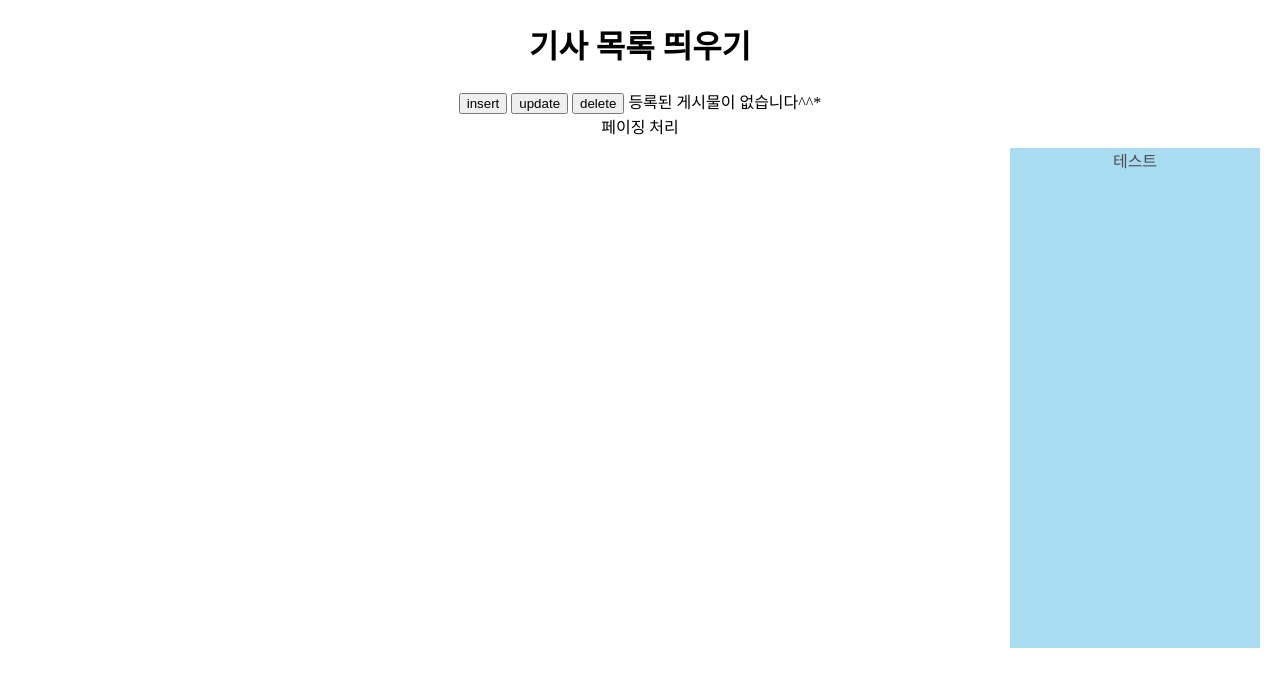
Repository: Jadeyj-713/miniproject2
Page: http://localhost/yeogi/pList.do
An editor plug-in stored every save of this project. The page is shown before and after the next save, followed by the edit.
The browser window is 1280 px wide. The pictures show the whole page.
The page is served by Tomcat 9. Other server files are loaded and not shown. Queries for data that is not in the repository find no rows.

Above is the page before, as saved 2025-04-02 00:52:29.

### yeogi/src/main/webapp/mini2/pList.jsp
<%@ page language="java" contentType="text/html; charset=UTF-8"
    pageEncoding="UTF-8"%>
    <%@ taglib prefix="c" uri="http://java.sun.com/jsp/jstl/core" %>
<!DOCTYPE html>
<html>
<head>
<meta charset="UTF-8">
<title>test</title>
<style>
	body{margin:0; padding:0; text-align:center;}
    .bordertest{
        border: 1px solid darkblue;
        clear: both;
        margin-left: 20vh;
        margin-right: 20vh;
        max-width: 800px;
    }
    img{
    	float: left;
    	width: 150px;
        height: 150px;
        line-height: 150px;
        border: 1px solid black;
    }
		#absolutePanel{
			position: fixed;
			right: 20px;
			bottom: 10vh;
			width: 250px;
			height: 500px;
			background-color: skyblue;
			opacity: 70%;
		}

    /* 스마트폰 모드 (최대 너비 576px) */
    @media (max-width: 576px) {
    /* 스마트폰 모드에 적용할 CSS 스타일 */
        .bordertest{margin: 0;}
        img{border-color: yellow;}
    }

    /* 태블릿 및 스마트폰 모드 (최대 너비 768px) */
    @media (max-width: 768px) {
    /* 태블릿 및 스마트폰 모드에 적용할 CSS 스타일 */
        .bordertest{margin: 0;}
        img{border-color: red;}
    }

</style>
</head>
<body>
 <h1>기사 목록 띄우기</h1>
 <button type="button" id="plusButton">insert</button>
 <button type="button" id="updateButton">update</button>
 <button type="button" id="delButton">delete</button>
 <c:choose>
 <c:when test="${ empty boardLists }">
 	등록된 게시물이 없습니다^^*
 </c:when>

 <c:otherwise>
	 <c:forEach items="${boardLists }" var="post">
	    <div class="bordertest">
	        <img src="../mini2/imgs/default.png" alt="로드실패">
	        <div>
	            <h2>${post.title}</h2>
	            <p>${post.country}</p>
	            <p>${post.tag}</p>
	            <p>기사내용 : ${post.content}<br>
	            	글 번호 : ${post.idx }</p>
	        </div>
	    </div>
	 </c:forEach>
 </c:otherwise>

 </c:choose>
	<div>
		<%-- ${ map.pagingImg } --%>
		페이징 처리<br>
		${ map.pagingImg }
	</div>

	<div id="absolutePanel">
<%-- 	<c:forEach items="${ }" var="best">
		<div class="aP">
			<img src="" alt="사진">
			${best.title}
		</div>
	</c:forEach> --%>
		테스트
	</div>


</body>
</html>

### yeogi/src/main/java/com/yeogi/controller/pListController.java
package com.yeogi.controller;

import java.io.IOException;
import java.util.HashMap;
import java.util.List;
import java.util.Map;

import javax.servlet.ServletException;
import javax.servlet.annotation.WebServlet;
import javax.servlet.http.HttpServlet;
import javax.servlet.http.HttpServletRequest;
import javax.servlet.http.HttpServletResponse;

import com.yeogi.dao.PostDAO;
import com.yeogi.dto.PostDTO;

import util.Pageing;

/**
 * Servlet implementation class pListController
 */
@WebServlet("/pList.do")
public class pListController extends HttpServlet {
	private static final long serialVersionUID = 1L;

    /**
     * @see HttpServlet#HttpServlet()
     */
    public pListController() {
        super();
        // TODO Auto-generated constructor stub
    }

	/**
	 * @see HttpServlet#doGet(HttpServletRequest request, HttpServletResponse response)
	 */
	@Override
	protected void doGet(HttpServletRequest req, HttpServletResponse resp) throws ServletException, IOException {
		 // DAO 생성
	       PostDAO dao = new PostDAO();

	        // 뷰에 전달할 매개변수 저장용 맵 생성
	        Map<String, Object> map = new HashMap<>();

	        //검색
//	        String searchField = req.getParameter("searchField");
//	        String searchWord = req.getParameter("searchWord");
//	        if (searchWord != null) {
//	            // 쿼리스트링으로 전달받은 매개변수 중 검색어가 있다면 map에 저장
//	            map.put("searchField", searchField);
//	            map.put("searchWord", searchWord);
//	        }

	        int totalCount = dao.selectCount(map);  // 게시물 개수

	        /* 페이지 처리 start */
//	        ServletContext application = getServletContext();
//	        int pageSize = Integer.parseInt(application.getInitParameter("POSTS_PER_PAGE"));
//	        int blockPage = Integer.parseInt(application.getInitParameter("PAGES_PER_BLOCK"));

	        int pageSize = 10; //한 페이지에 출력할 글의 갯수
	        int blockPage = 5; //페이지 번호의 갯수 1,2,3,4,5

	        // 현재 페이지 확인
	        int pageNum = 1;  // 기본값
	        String pageTemp = req.getParameter("pageNum");
	        if (pageTemp != null && !pageTemp.equals(""))
	            pageNum = Integer.parseInt(pageTemp); // 요청받은 페이지로 수정

	        // 목록에 출력할 게시물 범위 계산
	        int start = (pageNum - 1) * pageSize + 1;  // 첫 게시물 번호
	        int end = pageNum * pageSize; // 마지막 게시물 번호
	        map.put("start", start);
	        map.put("end", end);
	        /* 페이지 처리 end */

	        List<PostDTO> boardLists = dao.selectListPage(map);  // 게시물 목록 받기
	        dao.close(); // DB 연결 닫기

	        // 뷰에 전달할 매개변수 추가
	        String pagingImg = Pageing.pagingStr(totalCount, pageSize,
	                blockPage, pageNum, "../pList.do");  // 바로가기 영역 HTML 문자열
	        System.out.println(pagingImg);
	        map.put("pagingImg", pagingImg);
	        map.put("totalCount", totalCount);
	        map.put("pageSize", pageSize);
	        map.put("pageNum", pageNum);

	        // 전달할 데이터를 request 영역에 저장 후 List.jsp로 포워드
	        req.setAttribute("boardLists", boardLists);
	        req.setAttribute("map", map);
	        req.getRequestDispatcher("/mini2/pList.jsp").forward(req, resp);
	}

	/**
	 * @see HttpServlet#doPost(HttpServletRequest request, HttpServletResponse response)
	 */
	@Override
	protected void doPost(HttpServletRequest request, HttpServletResponse response) throws ServletException, IOException {
		// TODO Auto-generated method stub
		doGet(request, response);
	}

}

### yeogi/src/main/java/conn/DBConnPool.java
package conn;

import java.sql.Connection;
import java.sql.PreparedStatement;
import java.sql.ResultSet;
import java.sql.Statement;

import javax.naming.Context;
import javax.naming.InitialContext;
import javax.sql.DataSource;

public class DBConnPool {
	public Connection con;
	public Statement stmt;
	public PreparedStatement psmt;
	public ResultSet rs;

	public DBConnPool() {
		try {
			Context initCtx = new InitialContext();
			Context ctx = (Context)initCtx.lookup("java:comp/env");
			DataSource source = (DataSource)ctx.lookup("jdbc/myoracle");
			// 커넥션 풀을 통해 연결 얻기.
			con = source.getConnection();

			System.out.println("DB 커넥션 풀 연결 성공");
		}catch (Exception e) {
			System.out.println("DB 커넥션 풀 연결 실패");
			e.printStackTrace();
		}
	}//생성자 끝
	// 연결 해제(자원 반납)
		public void close() {
			try {
				if (rs != null) rs.close();
				if (stmt != null) stmt.close();
				if (psmt != null) psmt.close();
				if (con != null) con.close();  // 자동으로 커넥션 풀로 반납됨

				System.out.println("DB 커넥션 풀 자원 반납");
			}
			catch (Exception e) {
				e.printStackTrace();
			}
		}

}

### yeogi/src/main/java/com/yeogi/dao/PostDAO.java
package com.yeogi.dao;

import java.io.Console;
import java.util.ArrayList;
import java.util.List;
import java.util.Map;

import com.yeogi.dto.PostDTO;

import conn.DBConnPool;

public class PostDAO extends DBConnPool{
	public PostDAO() {
		super();
	}

	// 검색 조건에 맞는 게시물의 개수를 반환합니다.
    public int selectCount(Map<String, Object> map) {
        int totalCount = 0;
        String query = "SELECT COUNT(*) FROM post";
//        if (map.get("searchWord") != null) {
//            query += " WHERE " + map.get("searchField") + " "
//                   + " LIKE '%" + map.get("searchWord") + "%'";
//        }
        try {
            stmt = con.createStatement();
            System.out.println(stmt);

            rs = stmt.executeQuery(query);
            rs.next();
            totalCount = rs.getInt(1);
        }
        catch (Exception e) {
            System.out.println("게시물 카운트 중 예외 발생");
            e.printStackTrace();
        }

        return totalCount;
    }
    public List<PostDTO> selectListPage(Map<String,Object> map) {
        List<PostDTO> board = new ArrayList<PostDTO>();
        String query = " "
//        				+ " SELECT * FROM post ";


                     + "SELECT * FROM ( "
                     + "    SELECT Tb.*, ROWNUM rNum FROM ( "
                     + "        SELECT * FROM post ";
        //검색을 하는 경우 where절 추가
//        if (map.get("searchWord") != null)
//        {
//            query += " WHERE " + map.get("searchField")
//                   + " LIKE '%" + map.get("searchWord") + "%' ";
//        }

        query += "        ORDER BY postid DESC "
               + "    ) Tb "
               + " ) "
               + " WHERE rNum BETWEEN ? AND ?";

        System.out.println(query.replaceFirst("\\?", map.get("start").toString())+map.get("end").toString());

        try {
            psmt = con.prepareStatement(query);
            psmt.setString(1, map.get("start").toString());
            psmt.setString(2, map.get("end").toString());
            rs = psmt.executeQuery();

            while (rs.next()) {
            	// Model 객체에 게시글 데이터 저장
            	PostDTO dto = new PostDTO();

                dto.setIdx(rs.getString(1));
                dto.setTitle(rs.getString(2));
                dto.setCountry(rs.getString(4));
                dto.setTag(rs.getString(3));
                dto.setContent(rs.getString(5));
                dto.setPostdate(rs.getDate(6));
//                dto.setOfile(rs.getString(6));
//                dto.setSfile(rs.getString(7));
//                dto.setDowncount(rs.getInt(8));
//                dto.setPass(rs.getString(9));
//                dto.setVisitcount(rs.getInt(10));

                board.add(dto); // list에 model 추가
            }
        }
        catch (Exception e) {
            System.out.println("게시물 조회 중 예외 발생");
            e.printStackTrace();
        }
        return board; // list 리턴
    }

}

### yeogi/src/main/java/util/Pageing.java
package util;

public class Pageing {
	 public static String pagingStr(int totalCount, int pageSize, int blockPage,
	            int pageNum, String reqUrl) {
	        String pagingStr = "";

	        // 단계 3 : 전체 페이지 수 계산
	        int totalPages = (int) (Math.ceil(((double) totalCount / pageSize)));

	        // 단계 4 : '이전 페이지 블록 바로가기' 출력
	        int pageTemp = (((pageNum - 1) / blockPage) * blockPage) + 1;
	        if (pageTemp != 1) {
	            pagingStr += "<a href='" + reqUrl + "?pageNum=1'>[첫 페이지]</a>";
	            pagingStr += "&nbsp;";
	            pagingStr += "<a href='" + reqUrl + "?pageNum=" + (pageTemp - 1)
	                         + "'>[이전 블록]</a>";
	        }

	        // 단계 5 : 각 페이지 번호 출력
	        int blockCount = 1;
	        while (blockCount <= blockPage && pageTemp <= totalPages) {
	            if (pageTemp == pageNum) {
	                // 현재 페이지는 링크를 걸지 않음
	                pagingStr += "&nbsp;" + pageTemp + "&nbsp;";
	            } else {
	                pagingStr += "&nbsp;<a href='" + reqUrl + "?pageNum=" + pageTemp
	                             + "'>" + pageTemp + "</a>&nbsp;";
	            }
	            pageTemp++;
	            blockCount++;
	        }

	        // 단계 6 : '다음 페이지 블록 바로가기' 출력
	        if (pageTemp <= totalPages) {
	            pagingStr += "<a href='" + reqUrl + "?pageNum=" + pageTemp
	                         + "'>[다음 블록]</a>";
	            pagingStr += "&nbsp;";
	            pagingStr += "<a href='" + reqUrl + "?pageNum=" + totalPages
	                         + "'>[마지막 페이지]</a>";
	        }

	        return pagingStr;
	    }
}

After the next save:
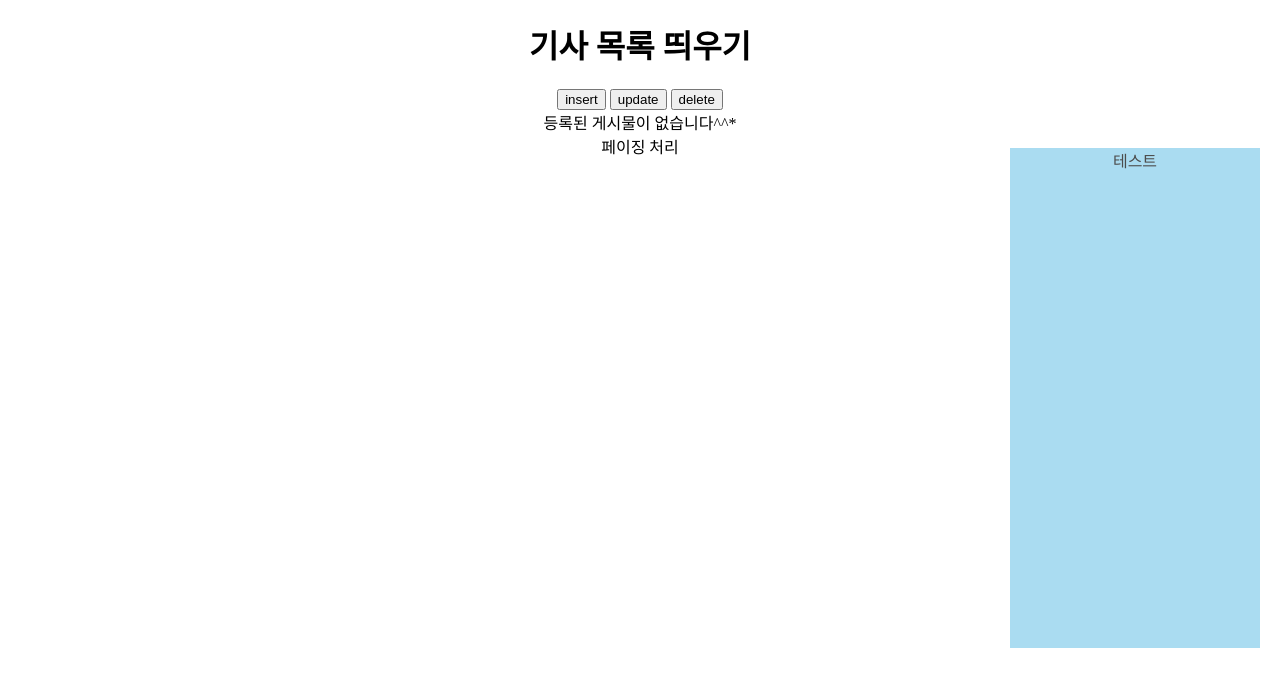
Saved 43 min 43 s later.
--- a/yeogi/src/main/webapp/mini2/pList.jsp
+++ b/yeogi/src/main/webapp/mini2/pList.jsp
@@ -50,9 +50,11 @@
 </head>
 <body>
  <h1>기사 목록 띄우기</h1>
+ <form method="get" action="">
  <button type="button" id="plusButton">insert</button>
  <button type="button" id="updateButton">update</button>
  <button type="button" id="delButton">delete</button>
+ </form>
  <c:choose>
  <c:when test="${ empty boardLists }">
  	등록된 게시물이 없습니다^^*
